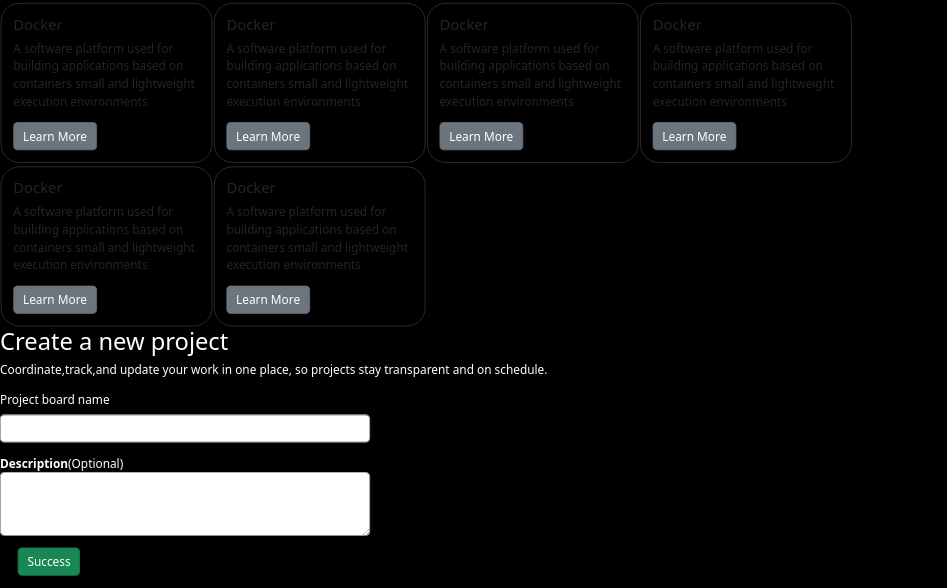
Repository: NSS-Evening-25-Cohort/e25-gitsub-control-alt-defeat
Page: index.html
An editor plug-in stored every save of this project. The page is shown before and after the next save, followed by the edit.
The browser window is 1280 px wide. The pictures show the whole page, at 74% of full size.

Above is the page before, as saved 2023-11-07 19:18:35.

### index.html
<!DOCTYPE html>
<html lang="en">
  <head>
    <meta charset="UTF-8" />
    <meta name="viewport" content="width=device-width, initial-scale=1.0" />
    <link
      rel="stylesheet"
      href="https://cdn.jsdelivr.net/npm/bootstrap@5.3.2/dist/css/bootstrap.min.css"
    />
    <link rel="stylesheet" href="main.css" />
    <title>Document</title>
  </head>
  <body>
    <div id="app2"></div>
    <div id="app1"></div>
    <script src="	https://cdn.jsdelivr.net/npm/bootstrap@5.3.2/dist/js/bootstrap.bundle.min.js"></script>
    <div class="packageHeader"><h2>Create a new project</h2>
      <p>Coordinate,track,and update your work in one place, so projects stay transparent and on schedule.</p>
    </div>

    <form>
        <div class="mb-3">
        <label for="exampleInputEmail1" class="form-label" id="boardName">Project board name</label>
        <input type="text" class="form-control" class="packageForm" id="projectBoardName" aria-describedby="emailHelp">
      </div>
      <div class="form-group mb-3">
        <label for="exampleFormControlTextarea1" id="descriptionName" class="packageForm"><B>Description</B>(Optional)</label>
        <textarea class="form-control" id="projectDescription" rows="3"></textarea>
      </div>
      </div>
      <div class="mb-3 form-check">
        <button type="submit" class="btn btn-success">Success</button>
    </form>

    <script src="main.js"></script>

  </body>
</html>

### main.css
body {
  background-color: black;
}

#app1{
  flex-wrap: wrap;
  display: flex;
}

.mb-3{
  width:500px;
  color: white;
}

.packageHeader{
  color:white;
}

.card-body{
  border: solid rgb(58, 58, 65) 1px;
  border-radius: 25px;
  background-color:black;
}

.card{
  background-color:black;
 padding-left: auto;
  padding-top: 3px;
}

### main.js
const packageCards =[
  {
    id: 1,
    name: "Docker",
    info: "A software platform used for building applications based on containers small and lightweight execution environments",
  },
  {
    id: 2,
    name: "Docker",
    info: "A software platform used for building applications based on containers small and lightweight execution environments"
  },
  {
    id: 3,
    name: "Docker",
    info: "A software platform used for building applications based on containers small and lightweight execution environments"
  },
  {
    id: 4,
    img: "image",
    name: "Docker",
    info: "A software platform used for building applications based on containers small and lightweight execution environments"
  },
  {
    id: 5,
    imageURL: "https://www.google.com/url?sa=i&url=https%3A%2F%2Fwww.creativebloq.com%2Fnews%2Ftwitter-logo-history&psig=AOvVaw3y8LYKl_CxiwL2W_oTsGUa&ust=1699413723681000&source=images&cd=vfe&ved=0CBEQjRxqFwoTCKD7mcz3sIIDFQAAAAAdAAAAABAE",
    name: "Docker",
    info: "A software platform used for building applications based on containers small and lightweight execution environments"
  },
  {
    id: 6,
    name: "Docker",
    info: "A software platform used for building applications based on containers small and lightweight execution environments"
  },
];

const app1 = document.querySelector("#app1");
const app2 = document.querySelector("#app2");

const renderToDom = (packageCards) =>{

  let domString = "";

  for(let card of packageCards){
    domString += `<div class="card" style="width: 18rem;">
    <div class="card-body">
      <h5>${card.name}</h5>
      <p class="card-text">${card.info}</p>
      <button type="button" class="btn btn-secondary">Learn More</button>
    </div>
  </div>`
  }
  const app1 = document.querySelector("#app1")
  app1.innerHTML = domString
}
renderToDom(packageCards)


const form = document.querySelector("form");

const createPackage = (event) =>{
  event.preventDefault();

  const newPackage = {
    id: packageCards.length +1,
    name: document.querySelector("#projectBoardName").value,
    info: document.querySelector("#projectDescription").value,
  }
  packageCards.push(newPackage);
  renderToDom(packageCards);
  form.reset();
}
form.addEventListener("submit", createPackage)

After the next save:
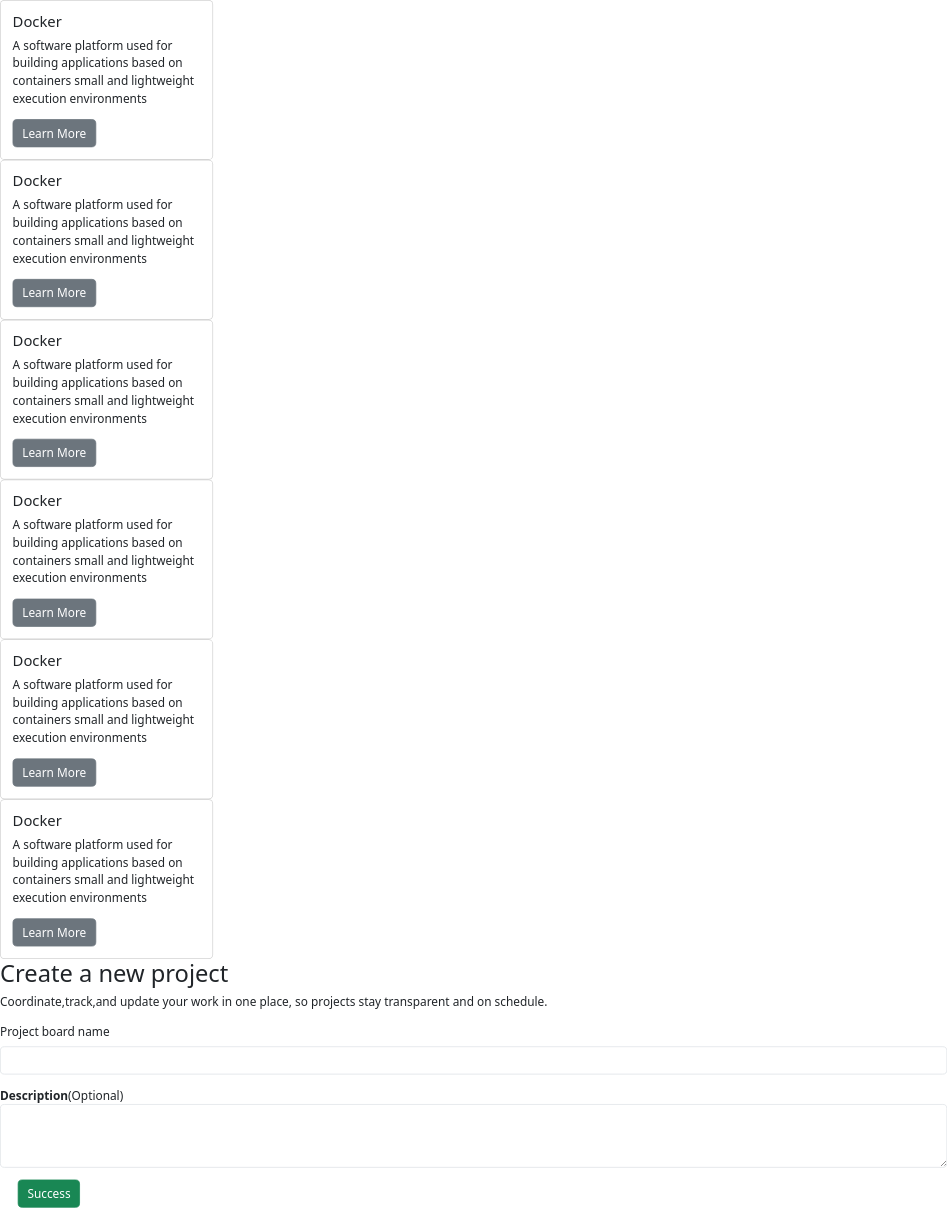
Saved 18 s later.
--- a/main.css
+++ b/main.css
@@ -1,29 +1,63 @@
-body {
+/* body {
   background-color: black;
+  display: flex;
+  flex-direction: column;
 }
 
-#app1{
-  flex-wrap: wrap;
+.headerPlacement {
   display: flex;
+  justify-content: end;
 }
 
-.mb-3{
-  width:500px;
-  color: white;
+header {
+  margin: 3%;
+  height: 3rem;
+  width: 65%;
+  justify-content: left;
+  display: flex;
+  gap: 5%;
+  background-color: blue;
 }
 
-.packageHeader{
-  color:white;
+#sidebar {
+  background-color: blueviolet;
+  float: left;
+  margin-right: 8%;
+  width: 175px;
 }
 
-.card-body{
-  border: solid rgb(58, 58, 65) 1px;
-  border-radius: 25px;
-  background-color:black;
+.appContainer {
+  display: flex;
+  justify-content: center;
+  margin: 3%;
 }
 
-.card{
-  background-color:black;
- padding-left: auto;
-  padding-top: 3px;
+#app1 {
+  background-color: aqua;
+  height: 250px;
+  width: 400px;
 }
+
+#app2 {
+  margin-top: 5%;
+  background-color: blue;
+  height: 250px;
+}
+
+.footer {
+  background-color: aquamarine;
+  display: flex;
+  justify-content: center;
+  gap: 10%;
+}   */
+
+.footer img {
+  width: 10px;
+  height: 10px;
+  border-radius: 10px;
+  margin-right: 10px;
+}
+#app2 {
+  display: flex;
+  flex: wrap;
+}
